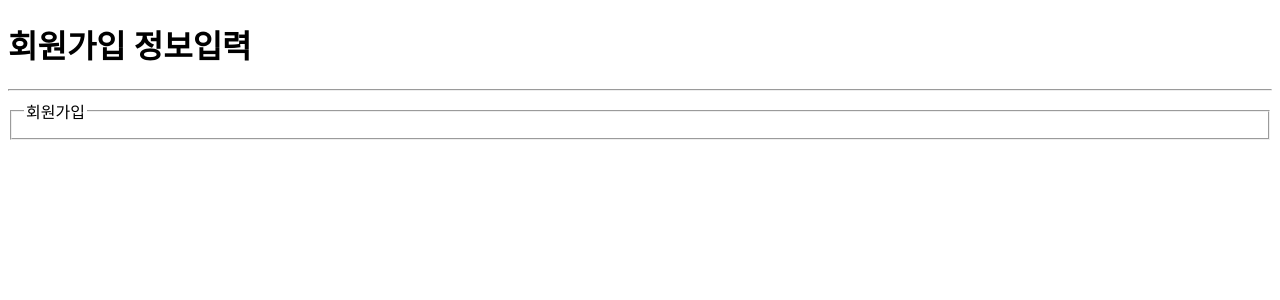
Repository: beescuit9510/toyProjects
Page: web-server-workplace/03_dbProject/src/main/webapp/html/join.html
These files come from the project's save history. The page is drawn as it stood at one moment and after the next save; the edit follows.
The browser window is 1280 px wide. The pictures show the whole page.

Above is the page before, as saved 2021-09-30 00:44:57.

After the next save:
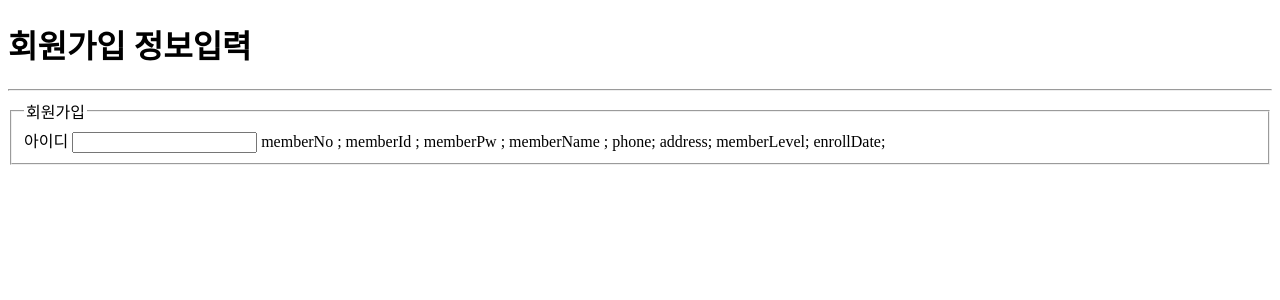
Saved 2 min 48 s later.
--- a/web-server-workplace/03_dbProject/src/main/webapp/html/join.html
+++ b/web-server-workplace/03_dbProject/src/main/webapp/html/join.html
@@ -10,6 +10,18 @@
 	<form action="/join" method="post">
 		<fieldset>
 			<legend>회원가입</legend>
+			<label for="memberId">아이디</label>
+			<input type="text" name="memberId">
+
+
+	memberNo ;
+    memberId ;
+    memberPw ;
+    memberName ;
+    phone;
+    address;
+    memberLevel;
+    enrollDate;
 		</fieldset>
 	</form>
 </body>
